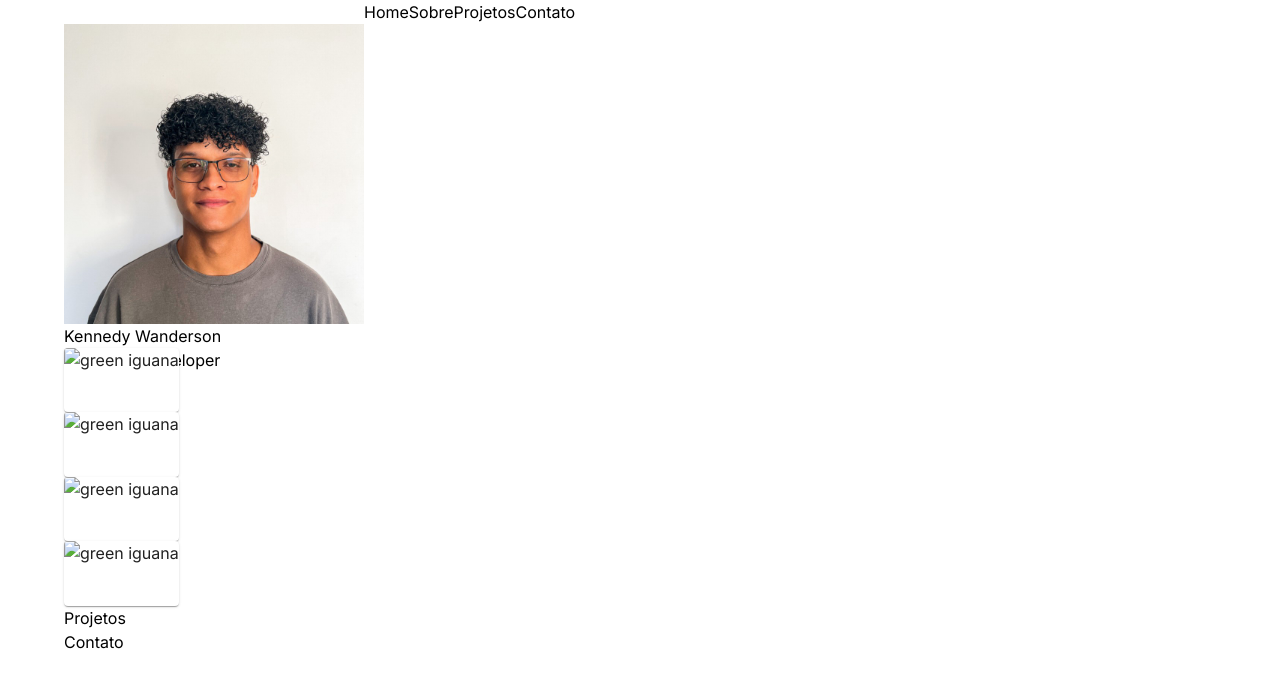
Repository: KennedyWanderson/landing
Page: /
An editor plug-in stored every save of this project. The page is shown before and after the next save, followed by the edit.
The browser window is 1280 px wide. The pictures show the whole page.
The project was rebuilt for these pictures with package versions that can differ from the ones it lists, and the page was loaded fresh each time. The framework's server and built-in components were replaced by stand-ins that run in the browser. Also part of the build but not shown: next.config.js.

Above is the page before, as saved 2024-01-04 11:03:13.

### src/app/page.tsx
import Content from "@/Components/Content";
import Header from "@/Components/Header";

export default function Home() {
  return (
    <div>
      <Content />
    </div>
  )
}

### src/Components/Content.tsx
import { Container } from "@mui/material";
import Header from "./Header";
import Image from "next/image";
import About from "./About";
import Projects from "./Projects";
import Contact from "./Contact";

export default function Content(){
    return(
        <Container>
            <Header />
            <div className="flex flex-col items-center p-5 shadow-md rounded-xl bg-gray-100">
                <div className="flex items-center justify-center tracking-wider space-x-6 ">
                    <Image className="rounded-full" src="/me.jpeg" alt="" width={300} height={300} />
                    <span className="font-bold font-mono no-italic text-2xl">Kennedy Wanderson <br></br> Front-end Developer</span>
                </div>
            </div>
            <div className="flex flex-col items-center">
                <About />
                <Projects />
                <Contact />
            </div>

        </Container>
    )
}

### src/Components/Header.tsx
import { Container } from "@mui/material";

export default function Header(){
    return(

        <Container maxWidth="sm">
            <div className="flex flex-col items-center m-5">
                <ul className="tracking-wider space-x-6">
                    <a href="#">
                        <span>Home</span>
                    </a>
                    <a href="#">
                        <span>Sobre</span>
                    </a>
                    <a href="#">
                        <span>Projetos</span>
                    </a>
                    <a href="#">
                        <span>Contato</span>
                    </a>
                </ul>
            </div>
        </Container>
    )
}

### src/Components/About.tsx
import * as React from 'react';
import { experimentalStyled as styled } from '@mui/material/styles';
import Box from '@mui/material/Box';
import Paper from '@mui/material/Paper';
import Grid from '@mui/material/Grid';
import OutlinedCard from './Card';
import { Container } from '@mui/material';

// Verifica se o código está rodando no lado do cliente antes de chamar experimentalStyled()
let Item;
if (typeof window !== 'undefined') {
    Item = styled(Paper)(({ theme }) => ({
        backgroundColor: theme.palette.mode === 'dark' ? '#1A2027' : '#fff',
        ...theme.typography.body2,
        padding: theme.spacing(2),
        textAlign: 'center',
        color: theme.palette.text.secondary,
    }));
} else {
    // Caso esteja no lado do servidor, define um componente vazio ou um fallback
    Item = ({ children }) => <div>{children}</div>;
}

export default function ResponsiveGrid() {
    return (
        <Container>
            <Grid container spacing={{ xs: 2, md: 3 }} columns={{ xs: 4, sm: 8, md: 12 }}>
                {Array.from(Array(1)).map((_, index) => (
                    <Grid key={index}>
                            <div className="flex flex-col items-center p-5 shadow-md rounded-xl bg-gray-100">
                                <div className="flex items-center justify-center ">
                                    <OutlinedCard />
                                    <OutlinedCard />
                                    <OutlinedCard />
                                    <OutlinedCard />

                                </div>
                            </div>
                    </Grid>
                ))}
            </Grid>
        </Container>
    );
}

### src/Components/Projects.tsx

export default function Projects(){
    return(
        <div>
            Projetos
        </div>
    )
}

### src/Components/Contact.tsx

export default function Contact(){
    return(
        <div>
            Contato
        </div>
    )
}

### src/Components/Card.tsx
import * as React from 'react';
import Card from '@mui/material/Card';
import CardContent from '@mui/material/CardContent';
import CardMedia from '@mui/material/CardMedia';
import Typography from '@mui/material/Typography';
import { CardActionArea } from '@mui/material';

interface AboutProps {
    text: string;
    icone?: any;
    image?: string;
    className?: string;
    onClick?: (evento: any) => void;
}

export default function ActionAreaCard(props: AboutProps) {
  return (
    <Card sx={{ maxWidth: 345 }}>
      <CardActionArea>
        <CardMedia
          component="img"
          height="140"
          alt="green iguana"
            >{props.image}</CardMedia>
        <CardContent>
          <Typography gutterBottom variant="h5" component="div">
            {props.text}
          </Typography>
          <Typography variant="body2" color="text.secondary">
            {props.text}
          </Typography>
        </CardContent>
      </CardActionArea>
    </Card>
  );
}

Loaded but not shown: src/app/layout.tsx (common file); src/app/globals.css (common file); tailwind.config.ts (common file)

After the next save:
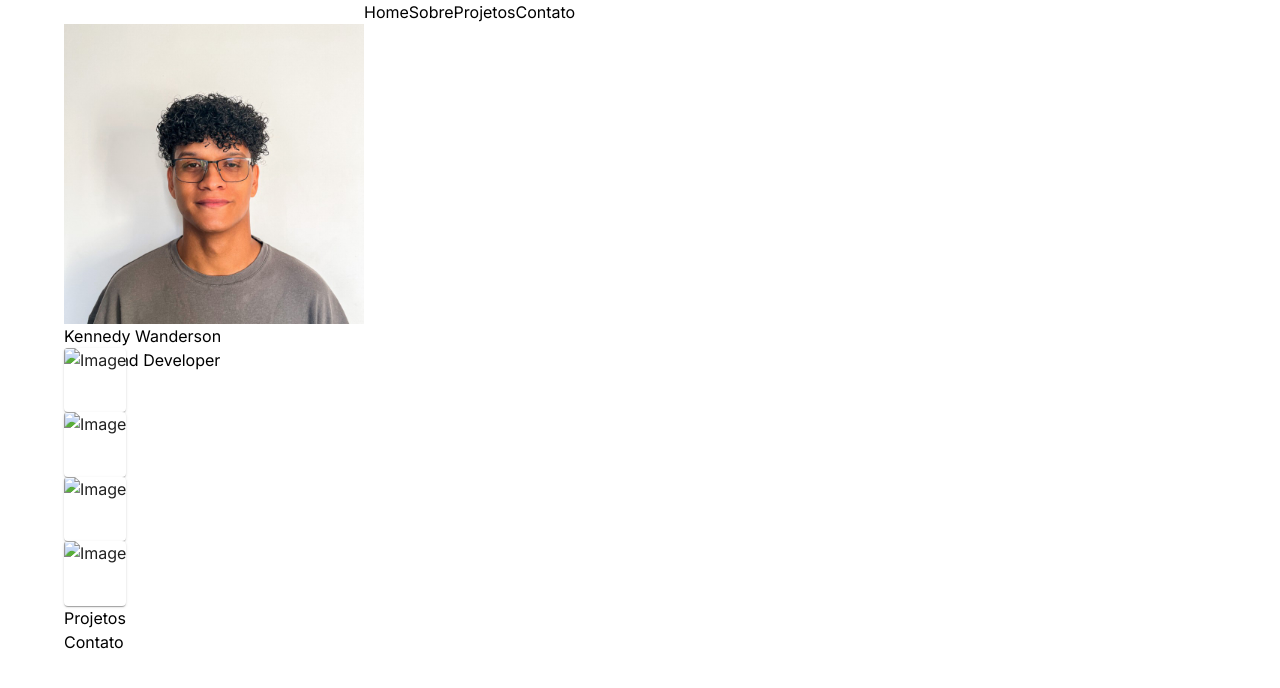
Saved 11 s later.
--- a/src/Components/Card.tsx
+++ b/src/Components/Card.tsx
@@ -20,7 +20,7 @@ export default function ActionAreaCard(props: AboutProps) {
         <CardMedia
           component="img"
           height="140"
-          alt="green iguana"
+          alt="Image"
             >{props.image}</CardMedia>
         <CardContent>
           <Typography gutterBottom variant="h5" component="div">
